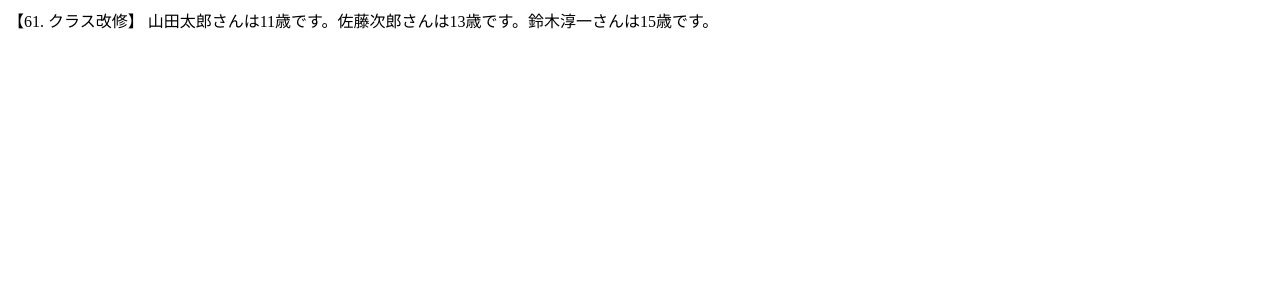
Repository: hiroaki-kitagawa/menta-php
Page: http://localhost/menta62.php
An editor plug-in stored every save of this project. The page is shown before and after the next save, followed by the edit.
The browser window is 1280 px wide. The pictures show the whole page.
The page is run by PHP 8.4 with error messages shown; the project is at /var/www/html/.

Above is the page before, as saved 2020-02-02 13:16:29.

After the next save:
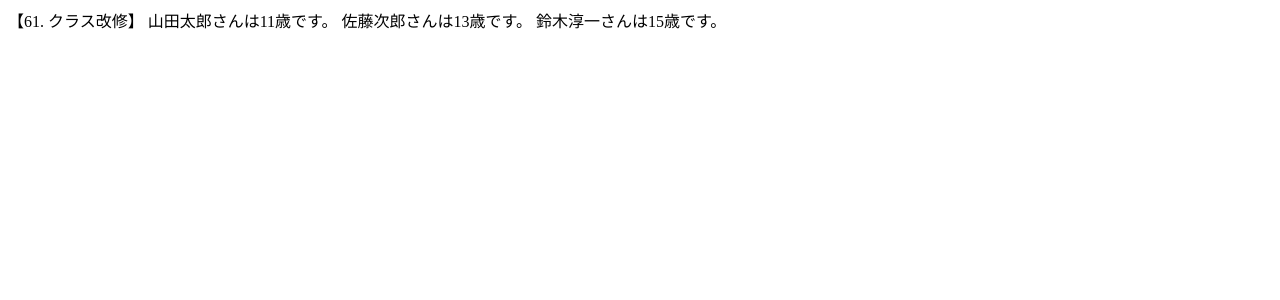
Saved 17 s later.
--- a/menta62.php
+++ b/menta62.php
@@ -16,7 +16,7 @@ class Member
     }
 
     public function show() {
-        echo "{$this->name}さんは{$this->age}歳です。";
+        echo "{$this->name}さんは{$this->age}歳です。" . PHP_EOL;
     }
 }
 
